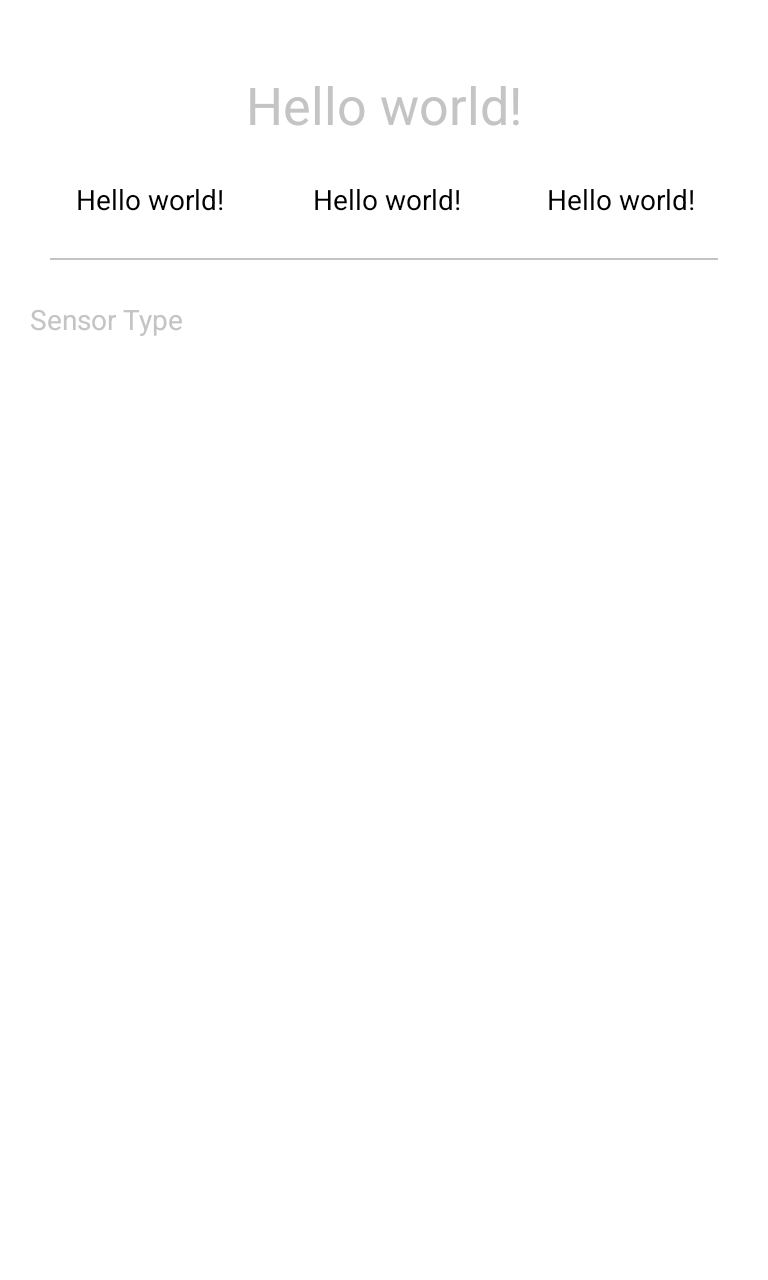
Repository: colincove/IAT381-Android
Layout: ColinCove_Assignment02/res/layout/activity_sensor_info.xml
An editor plug-in stored every save of this project. The layout is shown before and after the next save, followed by the edit.
It is drawn on a 768 x 1280 px phone screen (xhdpi) without system bars, with theme AppTheme; the app's code is not run.

Above is the layout before, as saved 2013-10-04 19:07:48.

### ColinCove_Assignment02/res/layout/activity_sensor_info.xml
<?xml version="1.0" encoding="utf-8"?>
<TableLayout xmlns:android="http://schemas.android.com/apk/res/android"
    android:id="@id/sensor_display_layout"
    android:layout_width="fill_parent"
    android:layout_height="fill_parent"
    android:orientation="vertical"
    android:shrinkColumns="*"
    android:stretchColumns="*"
    android:padding="15dip">

    <TableRow
        android:layout_width="wrap_content"
        android:layout_height="wrap_content" >

        <TextView
            android:layout_width="wrap_content"
            android:layout_height="wrap_content"
            android:layout_marginBottom="20dip"
            android:layout_marginTop="20dip"
            android:layout_span="3"
            android:gravity="center"
            android:text="@string/hello_world"
            android:textColor="@color/low_contrast"
            android:textSize="26sp" />
    </TableRow>

    <TableRow
        android:layout_width="fill_parent"
        android:layout_height="wrap_content" >

        <TextView
            android:layout_width="wrap_content"
            android:layout_height="wrap_content"
            android:layout_span="1"
            android:gravity="center"
            android:text="@string/hello_world"
            android:textColor="@color/heigh_contrast" />

        <TextView
            android:layout_width="wrap_content"
            android:layout_height="wrap_content"
            android:layout_span="1"
            android:gravity="center"
            android:text="@string/hello_world"
            android:textColor="@color/heigh_contrast" />

        <TextView
            android:layout_width="wrap_content"
            android:layout_height="wrap_content"
            android:layout_span="1"
            android:gravity="center"
            android:text="@string/hello_world"
            android:textColor="@color/heigh_contrast" />
    </TableRow>

    <View
        android:layout_height="1dip"
        android:layout_marginBottom="20dip"
        android:layout_marginLeft="10dip"
        android:layout_marginRight="10dip"
        android:layout_marginTop="20dip"
        android:background="@color/low_contrast" />

     <TableRow
        android:layout_width="fill_parent"
        android:layout_height="wrap_content" >

        <TextView
            android:layout_width="wrap_content"
            android:layout_height="wrap_content"
            android:layout_span="1"
            android:gravity="left"
            android:text="@string/type_title"
            android:textColor="@color/low_contrast" />

        <TextView
            android:layout_width="wrap_content"
            android:layout_height="wrap_content"
            android:layout_span="2"
            android:gravity="left"
            android:id="@id/type_display"
            android:textColor="@color/heigh_contrast" />

    </TableRow>

</TableLayout>

### ColinCove_Assignment02/res/values/strings.xml
<?xml version="1.0" encoding="utf-8"?>
<resources>

    <string name="app_name">ColinCove_Assignment02</string>
    <string name="action_settings">Settings</string>
    <string name="hello_world">Hello world!</string>
    <string name="test_btn">My Test Button</string>
    <!-- Sensor Info Titles -->
    <string name="resolution_title">Sensor Resolution</string>
    <string name="max_range_title">Max Range</string>
    <string name="min_delay_title">Min Range</string>
    <string name="power_title">Power</string>
<string name="type_title">Sensor Type</string>
<string name="vendor_title">Vendor</string>
<string name="version_title">Version</string>
</resources>

### ColinCove_Assignment02/res/values/colors.xml
<?xml version="1.0" encoding="utf-8"?>
<resources>
    <color name="low_contrast" >#c4c4c4</color>
    <color name="heigh_contrast" >#000000</color>
</resources>

Loaded but not shown: ColinCove_Assignment02/res/values/styles.xml (common file); ColinCove_Assignment02/res/values-v11/styles.xml (common file); ColinCove_Assignment02/res/values-v14/styles.xml (common file)

After the next save:
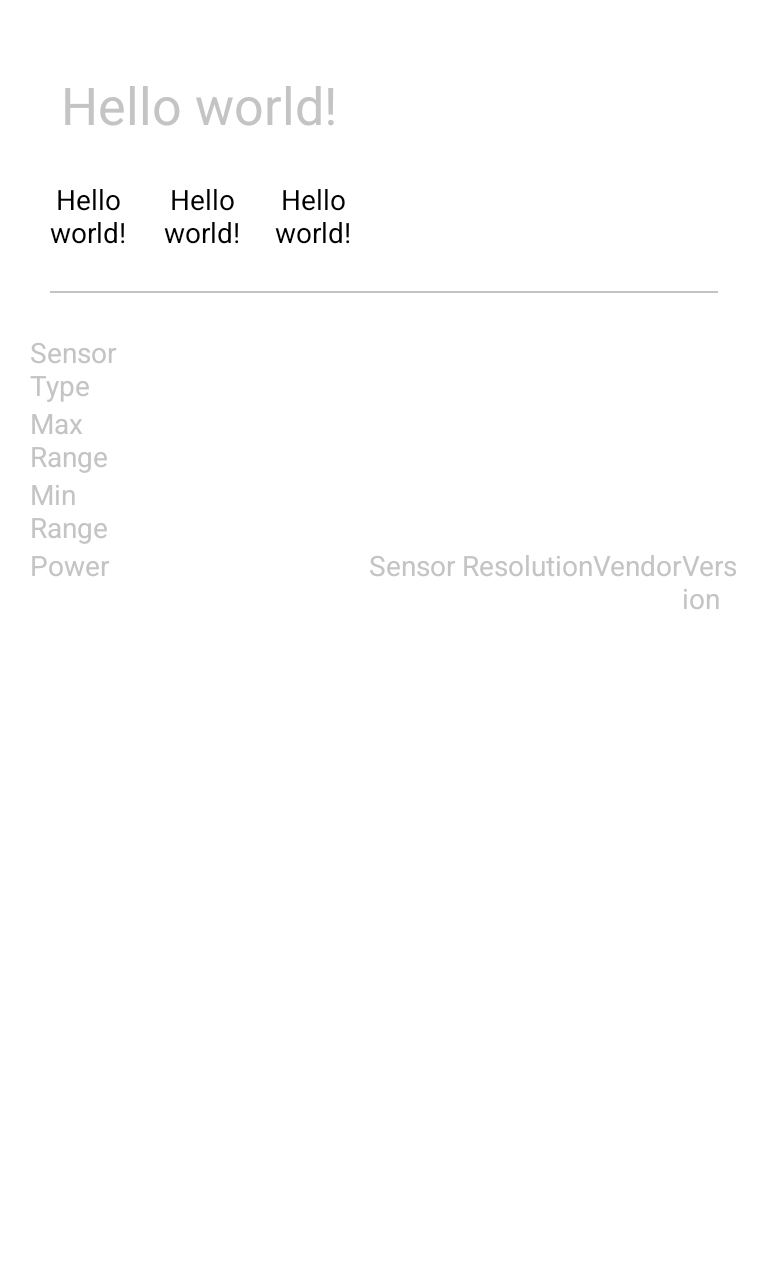
Saved 103 s later.
--- a/ColinCove_Assignment02/res/layout/activity_sensor_info.xml
+++ b/ColinCove_Assignment02/res/layout/activity_sensor_info.xml
@@ -83,4 +83,133 @@
 
     </TableRow>
 
+        <TableRow
+        android:layout_width="fill_parent"
+        android:layout_height="wrap_content" >
+
+        <TextView
+            android:layout_width="wrap_content"
+            android:layout_height="wrap_content"
+            android:layout_span="1"
+            android:gravity="left"
+            android:text="@string/max_range_title"
+            android:textColor="@color/low_contrast" />
+
+        <TextView
+            android:layout_width="wrap_content"
+            android:layout_height="wrap_content"
+            android:layout_span="2"
+            android:gravity="left"
+            android:id="@id/max_range_display"
+            android:textColor="@color/heigh_contrast" />
+
+    </TableRow>
+
+           <TableRow
+        android:layout_width="fill_parent"
+        android:layout_height="wrap_content" >
+
+        <TextView
+            android:layout_width="wrap_content"
+            android:layout_height="wrap_content"
+            android:layout_span="1"
+            android:gravity="left"
+            android:text="@string/min_delay_title"
+            android:textColor="@color/low_contrast" />
+
+        <TextView
+            android:layout_width="wrap_content"
+            android:layout_height="wrap_content"
+            android:layout_span="2"
+            android:gravity="left"
+            android:id="@id/min_range_display"
+            android:textColor="@color/heigh_contrast" />
+
+    </TableRow>
+
+              <TableRow
+        android:layout_width="fill_parent"
+        android:layout_height="wrap_content" >
+
+        <TextView
+            android:layout_width="wrap_content"
+            android:layout_height="wrap_content"
+            android:layout_span="1"
+            android:gravity="left"
+            android:text="@string/power_title"
+            android:textColor="@color/low_contrast" />
+
+        <TextView
+            android:layout_width="wrap_content"
+            android:layout_height="wrap_content"
+            android:layout_span="2"
+            android:gravity="left"
+            android:id="@id/power_display"
+            android:textColor="@color/heigh_contrast" />
+
+           <TableRow
+        android:layout_width="fill_parent"
+        android:layout_height="wrap_content" >
+
+        <TextView
+            android:layout_width="wrap_content"
+            android:layout_height="wrap_content"
+            android:layout_span="1"
+            android:gravity="left"
+            android:text="@string/resolution_title"
+            android:textColor="@color/low_contrast" />
+
+        <TextView
+            android:layout_width="wrap_content"
+            android:layout_height="wrap_content"
+            android:layout_span="2"
+            android:gravity="left"
+            android:id="@id/resolution_display"
+            android:textColor="@color/heigh_contrast" />
+
+           <TableRow
+        android:layout_width="fill_parent"
+        android:layout_height="wrap_content" >
+
+        <TextView
+            android:layout_width="wrap_content"
+            android:layout_height="wrap_content"
+            android:layout_span="1"
+            android:gravity="left"
+            android:text="@string/vendor_title"
+            android:textColor="@color/low_contrast" />
+
+        <TextView
+            android:layout_width="wrap_content"
+            android:layout_height="wrap_content"
+            android:layout_span="2"
+            android:gravity="left"
+            android:id="@id/vendor_display"
+            android:textColor="@color/heigh_contrast" />
+
+           <TableRow
+        android:layout_width="fill_parent"
+        android:layout_height="wrap_content" >
+
+        <TextView
+            android:layout_width="wrap_content"
+            android:layout_height="wrap_content"
+            android:layout_span="1"
+            android:gravity="left"
+            android:text="@string/version_title"
+            android:textColor="@color/low_contrast" />
+
+        <TextView
+            android:layout_width="wrap_content"
+            android:layout_height="wrap_content"
+            android:layout_span="2"
+            android:gravity="left"
+            android:id="@id/version_display"
+            android:textColor="@color/heigh_contrast" />
+
+    </TableRow>
+    </TableRow>
+    </TableRow>
+    </TableRow>
+
 </TableLayout>
